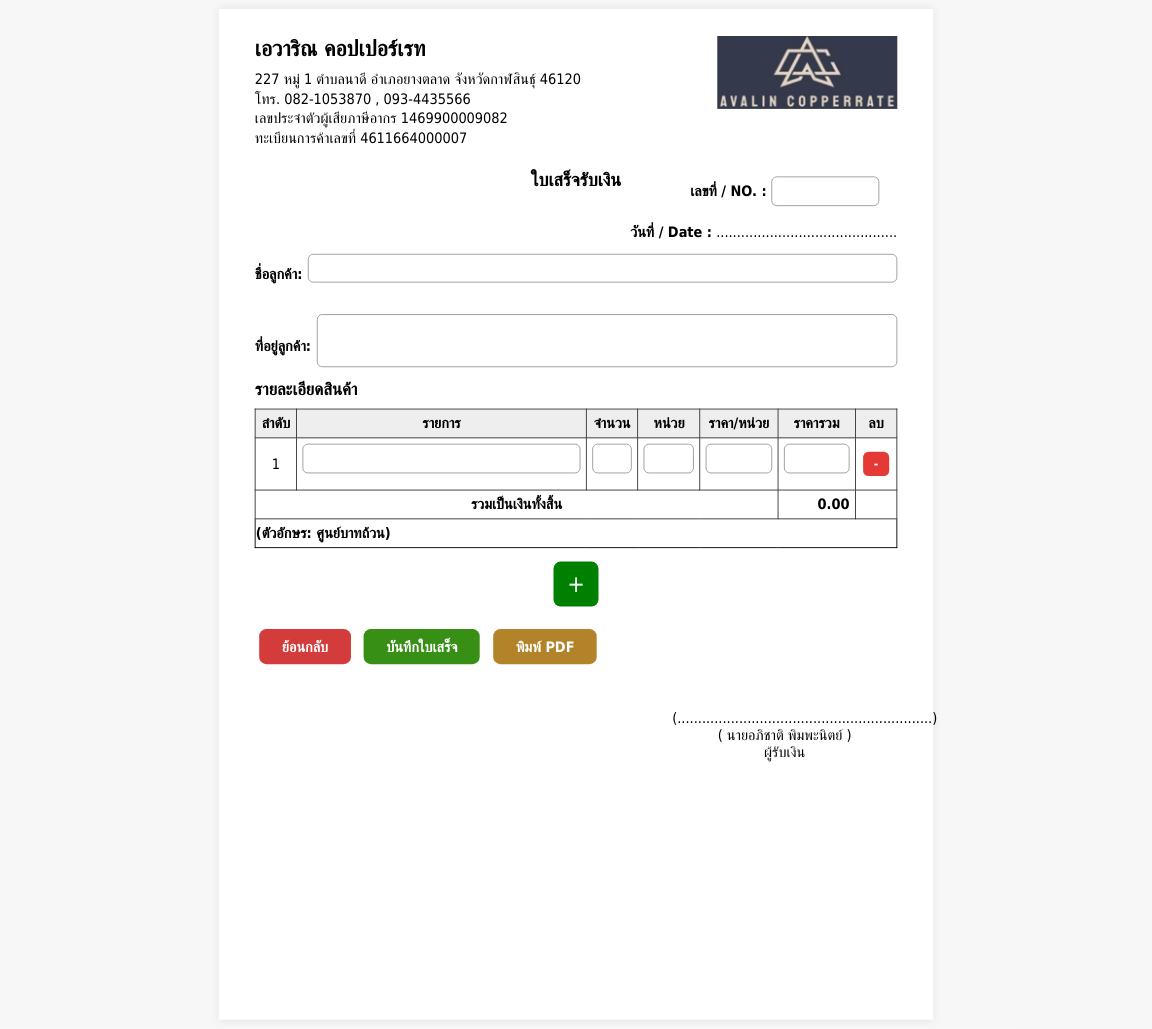
Repository: Hermesmercury88/shop_it
Page: quotation.html
An editor plug-in stored every save of this project. The page is shown before and after the next save, followed by the edit.
The browser window is 1280 px wide. The pictures show the whole page, at 90% of full size.
Some web fonts or font styles are not loaded; a fallback is used.

Above is the page before, as saved 2025-09-21 13:16:57.

After the next save:
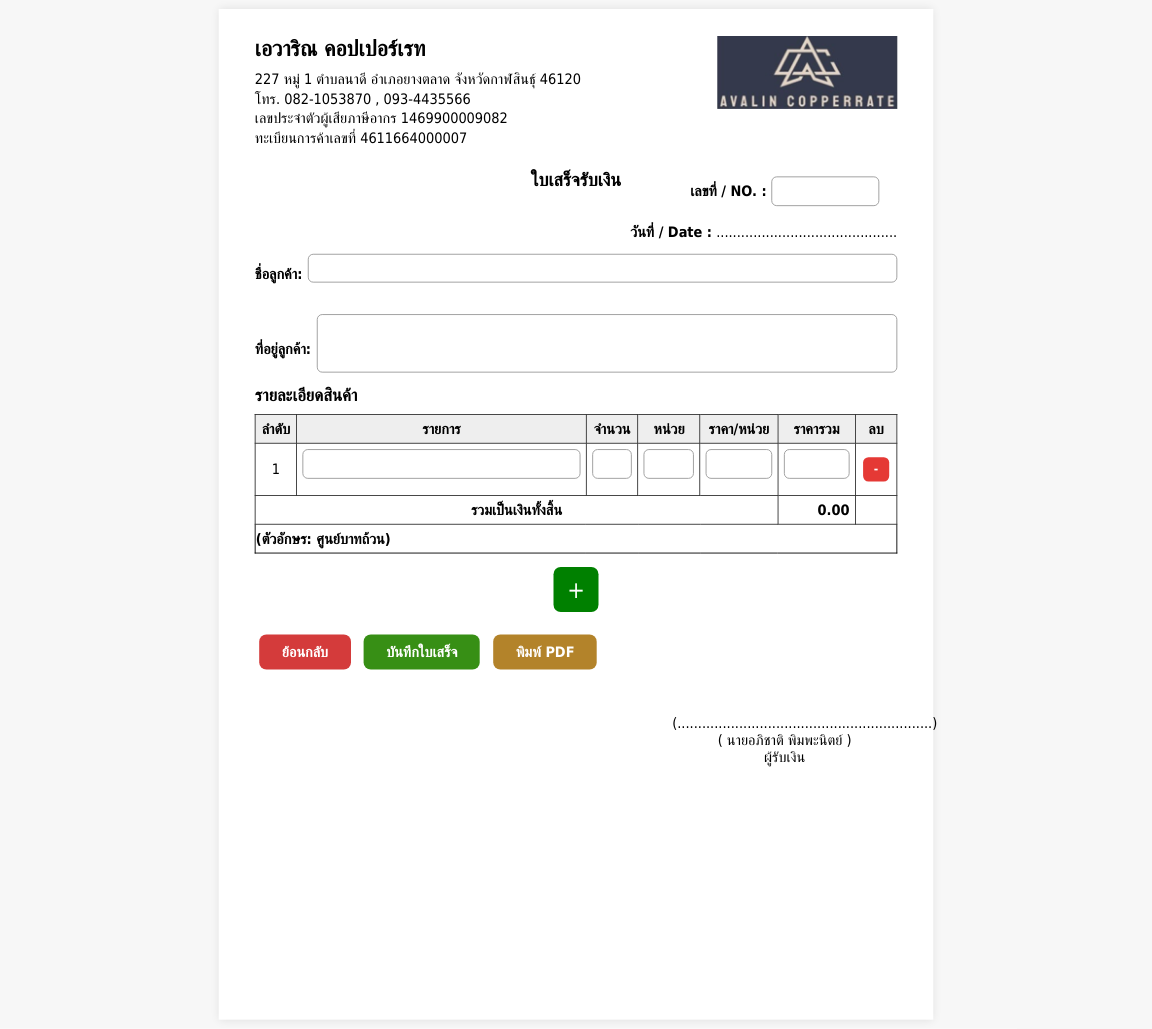
Saved 5 s later.
--- a/css/quotation.css
+++ b/css/quotation.css
@@ -124,7 +124,7 @@ body {
   flex: 1;               /* ให้ช่องขยายเต็มที่ */
   font-family: "TH SarabunPSK", sans-serif;
   font-size: 16px;
-  padding: 3px 5px;
+  /* padding: 3px 5px;       */
 }
 
 .customer-info textarea {
